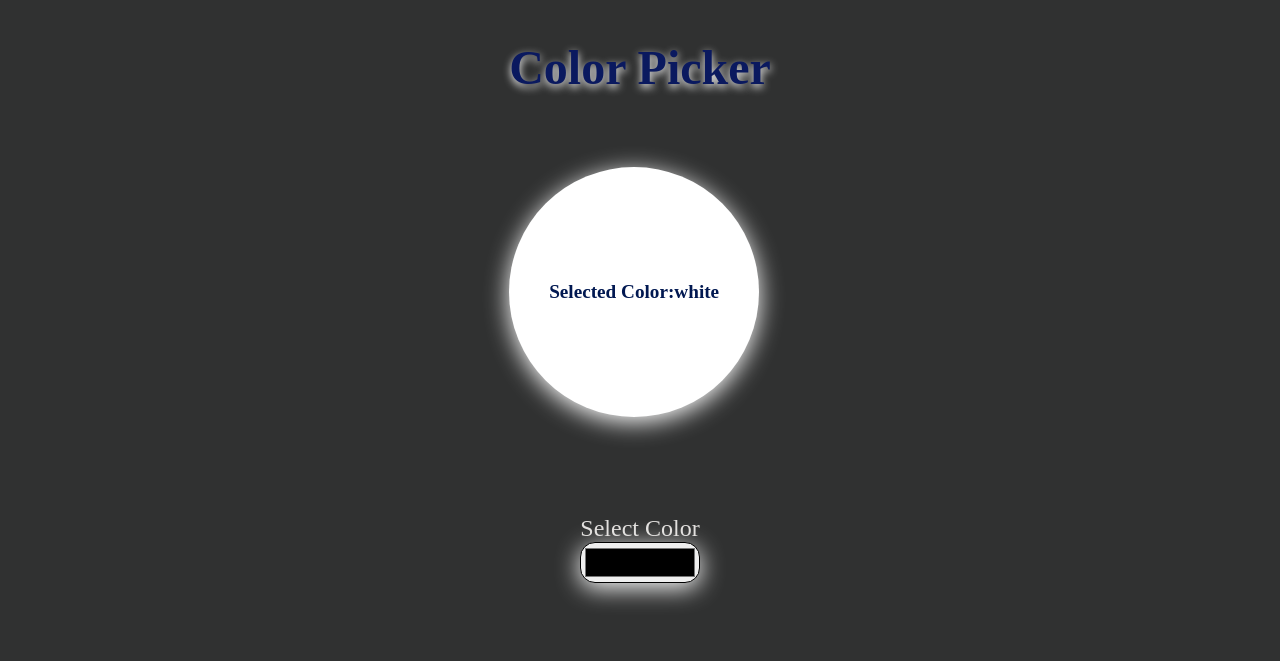
Repository: rkrukshan/Color-Picker--React-
Page: /
The author's editor kept a copy of each file at every save. The page is drawn from the files as they stood at one save, then again after a run of saves.
The browser window is 1280 px wide. The pictures show the whole page.
The project was rebuilt for these pictures with package versions that can differ from the ones it lists, and the page was loaded fresh each time. Also part of the build but not shown: vite.config.js.

Above is the page before, as saved 2024-07-21 19:24:44.

### src/App.jsx
import ColorPicker from "./ColorPicker"

function App() {

  return (
    <>
    <ColorPicker/>
    </>
  )

}

export default App

### src/index.css
body {
  background-color: rgb(48, 49, 49);
}
.cp-container {
  text-align: center;
  display: grid;
  align-items: center;
  justify-content: center;
}
.heading {
  color: rgb(10, 25, 95);
  font-size: 3em;
  text-shadow: 0px 3px 9px rgb(255, 255, 255);
  margin-bottom: 1.5em;
}
.color-pad {
  height: 250px;
  width: 250px;
  border-radius: 50%;
  box-shadow: 0px 5px 25px rgb(255, 255, 255);
  transition: 0.25s;
  display: flex;
  align-items: center;
  justify-content: center;
}
.selectedlabel {
  font-size: larger;
  font-weight: bolder;
  color: rgb(1, 24, 81);
}
.selectlabel {
  font-size: 1.5em;
  color:rgb(225, 223, 221);
}
.colorpicker {
  width: 9em;
  height: 41px;
  border-radius: 15px;
  box-shadow: 0px 5px 25px rgb(255, 255, 255);
  transition: 11s;
}
.btncp{
  margin-top: 5em;
}

### src/ColorPicker.jsx
import { useState } from "react";

function ColorPicker() {
  const [color, setColor] = useState("white");

  function updateColor(event) {
    setColor(event.target.value);
  }
  return (
    <div className="cp-container">
      <h1 className="heading">Color Picker</h1>
      <div className="color-pad" style={{ backgroundColor: color }}>
        <p htmlFor="cp" className="selectedlabel">
          Selected Color:{color}
        </p>
      </div>
      <br />
      <div className="btncp">
        <label htmlFor="scp" className="selectlabel">
          Select Color
        </label>
        <br />
        <input
          type="color"
          value={color}
          onChange={updateColor}
          className="colorpicker"
        />
      </div>
    </div>
  );
}
export default ColorPicker;

Loaded but not shown: index.html (common file); src/main.jsx (common file)

After the next 2 saves:
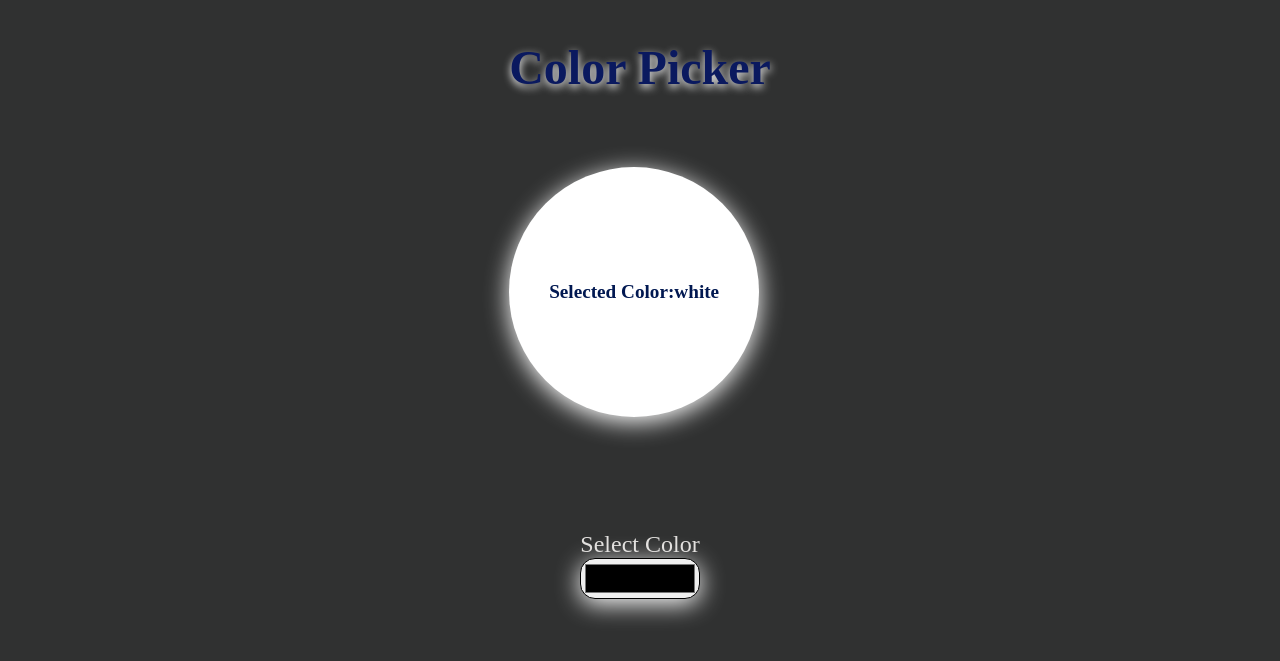
The 2 saves are shown as one change because they came seconds apart.
The last was saved 8 s later.
--- a/src/index.css
+++ b/src/index.css
@@ -41,4 +41,5 @@
 }
 .btncp{
   margin-top: 5em;
+  padding: 1em;
 }

After the save that followed:
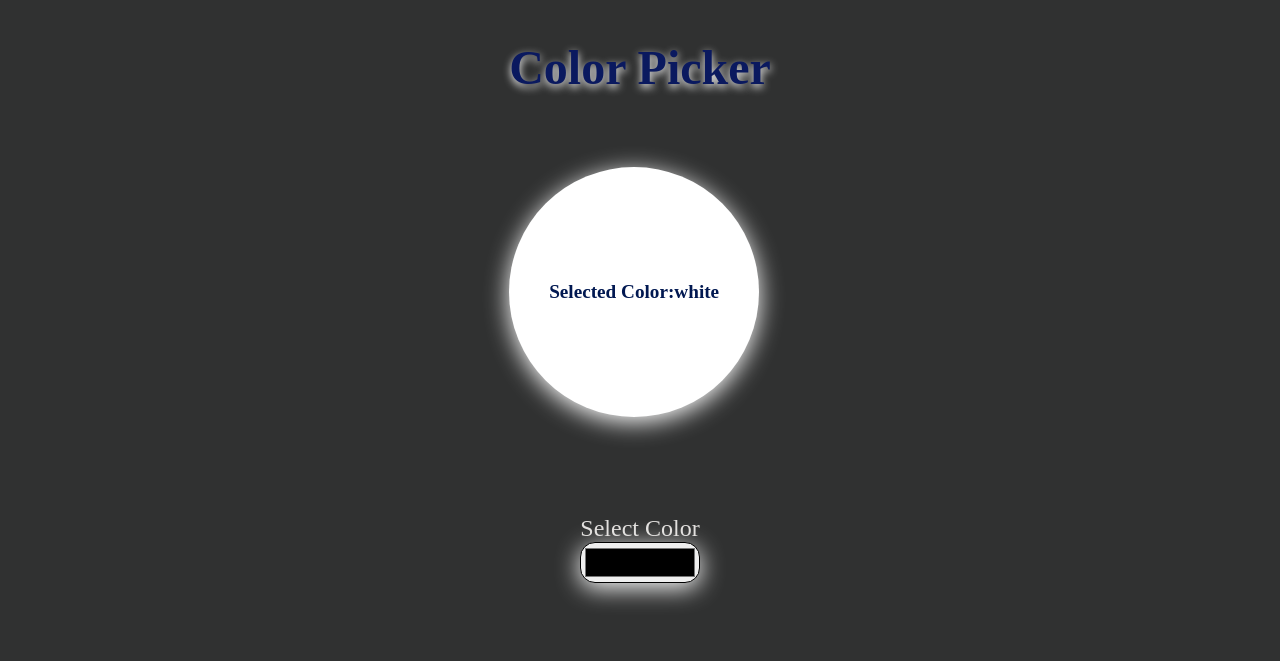
Saved 6 s later.
--- a/src/index.css
+++ b/src/index.css
@@ -41,5 +41,5 @@
 }
 .btncp{
   margin-top: 5em;
-  padding: 1em;
+  pad: 1em;
 }
